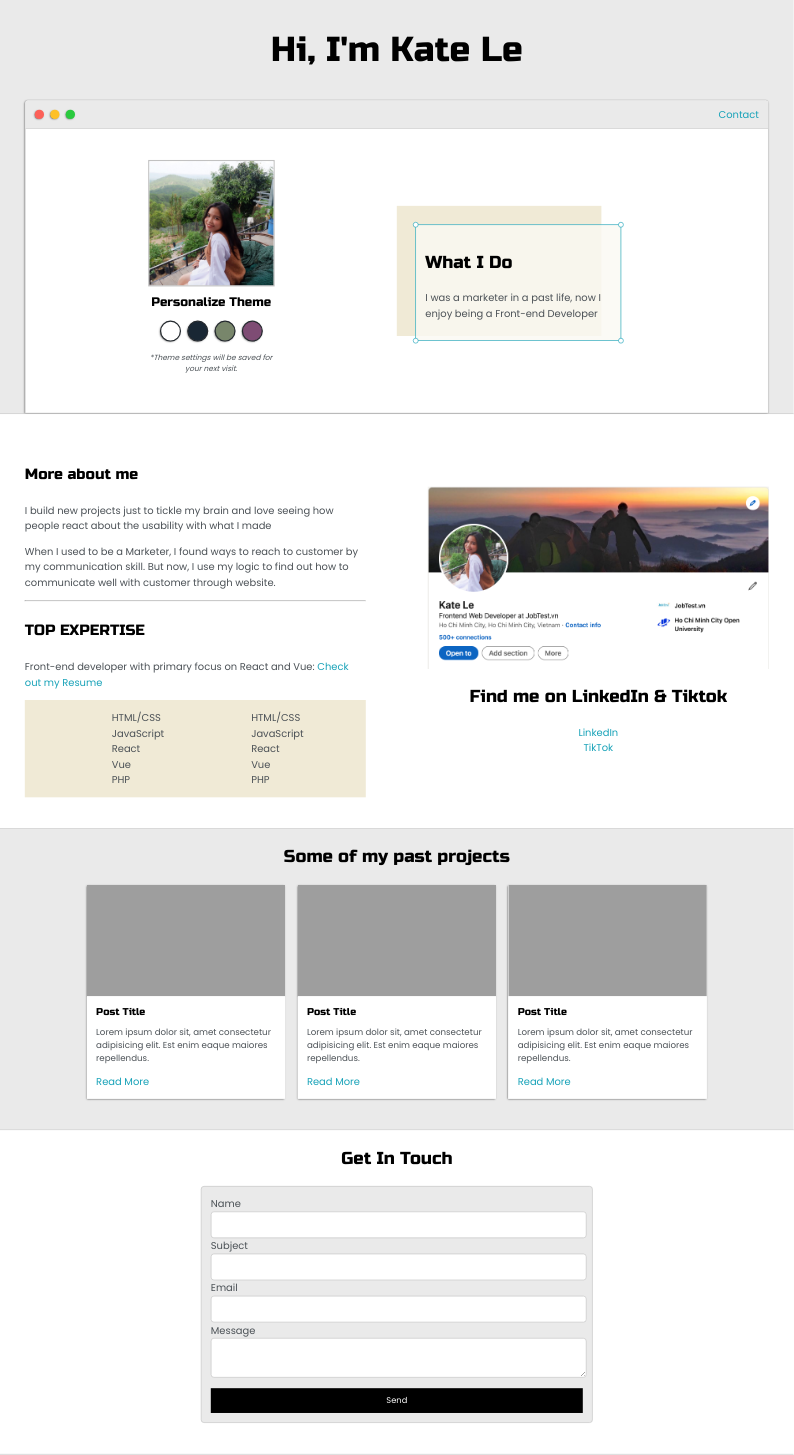
Repository: kate30980/my-persponal-website
Page: index.html
The author's editor kept a copy of each file at every save. The page is drawn from the files as they stood at one save, then again after the next save.
The browser window is 1280 px wide. The pictures show the whole page, at 62% of full size.
Pictures or frames that could not be fetched are drawn as grey boxes.

Above is the page before, as saved 2021-08-26 23:08:42.

### index.html
<!DOCTYPE html>
<html lang="en">

<head>
    <meta charset="UTF-8">
    <meta http-equiv="X-UA-Compatible" content="IE=edge">
    <meta name="viewport" content="width=device-width, initial-scale=1.0">
    <title>Kate Le</title>
    <link rel="preconnect" href="https://fonts.googleapis.com">
    <link rel="preconnect" href="https://fonts.gstatic.com" crossorigin>
    <link rel="preconnect" href="https://fonts.googleapis.com">
    <link rel="preconnect" href="https://fonts.gstatic.com" crossorigin>
    <link href="https://fonts.googleapis.com/css2?family=Poppins:wght@300;400;600;700&family=Russo+One&display=swap"
        rel="stylesheet">
    <link rel="stylesheet" href="main.css">
</head>

<body>

    <section class="s1">
        <div class="main-container">
            <div class="greeting-wrapper">
                <h1>Hi, I'm Kate Le</h1>
            </div>

            <div class="intro-wrapper">
                <div class="nav-wrapper">
                    <div class="dots-wrapper">
                        <div id="dot-1" class="browser-dot"></div>
                        <div id="dot-2" class="browser-dot"></div>
                        <div id="dot-3" class="browser-dot"></div>
                    </div>
                    <ul id="navigation">
                        <li>
                            <a href="#">Contact</a>
                        </li>
                    </ul>
                </div>
                <div class="left-column">
                    <img id="profile-pic" src="./images/IMG_2624.JPG" alt="img-kate">
                    <h5 style="text-align:center;line-height:0; margin: 25px">Personalize Theme</h5>

                    <div id="theme-options-wrapper">
                        <div id="light-mode" class="theme-dot"></div>
                        <div id="blue-mode" class="theme-dot"></div>
                        <div id="green-mode" class="theme-dot"></div>
                        <div id="purple-mode" class="theme-dot"></div>
                    </div>

                    <p id="settings-note">*Theme settings will be saved for <br> your next visit.</p>
                </div>
                <div class="right-column">

                    <div id="preview-shadow">
                        <div id="preview">
                            <div id="corner-tl" class="corner"></div>
                            <div id="corner-tr" class="corner"></div>
                            <h3>What I Do</h3>
                            <p>I was a marketer in a past life, now I enjoy being a Front-end Developer</p>
                            <div id="corner-br" class="corner"></div>
                            <div id="corner-bl" class="corner"></div>
                        </div>
                    </div>

                </div>
            </div>

        </div>
    </section>

    <section class="s2">
        <div class="main-container">

            <div class="about-wrapper">
                <div class="about-me">
                    <h4>More about me</h4>
                    <p>I build new projects just to tickle my brain and love seeing how people react about the usability
                        with what I made</p>
                    <p>When I used to be a Marketer, I found ways to reach to customer by my communication skill. But
                        now, I use my logic to find out how to communicate well with customer through website.</p>


                    <hr>

                    <h4>TOP EXPERTISE</h4>
                    <p>Front-end developer with primary focus on React and Vue: <a target="_blank"
                            href="CV-HAN-LE-FRONTEND-DEV.pdf">Check
                            out my Resume</a></p>

                    <div id="skills">
                        <ul>
                            <li>HTML/CSS</li>
                            <li>JavaScript</li>
                            <li>React</li>
                            <li>Vue</li>
                            <li>PHP</li>
                        </ul>
                        <ul>
                            <li>HTML/CSS</li>
                            <li>JavaScript</li>
                            <li>React</li>
                            <li>Vue</li>
                            <li>PHP</li>
                        </ul>
                    </div>

                </div>
                <div class="social-links">
                    <img id="social-img" src="./images/linkedIn-2021-08-26 at 22.24.05.png" alt="linkedIn">
                    <h3>Find me on LinkedIn & Tiktok</h3>
                    <a target="_blank" href="https://www.linkedin.com/in/kate-le-38099/">LinkedIn</a>
                    <a target="_blank" href="#">TikTok</a>
                </div>
            </div>

        </div>
    </section>

    <section class="s1">
        <div class="main-container">
            <h3 style="text-align:center">Some of my past projects</h3>
            <div class="post-wrapper">
                <div>
                    <div class="post">
                        <img class="thumbnail"
                            src="https://images.unsplash.com/photo-1555952494-efd681c7e3f9?ixid=MnwxMjA3fDB8MHxzZWFyY2h8ODN8fGFwcGxpY2F0aW9ufGVufDB8fDB8fA%3D%3D&ixlib=rb-1.2.1&auto=format&fit=crop&w=800&q=60"
                            alt="img-post">
                        <div class="post-preview">
                            <h6 class="post-title">Post Title</h6>
                            <p class="post-intro">Lorem ipsum dolor sit, amet consectetur adipisicing elit. Est enim
                                eaque
                                maiores repellendus.</p>
                            <a href="#">Read More</a>
                        </div>
                    </div>
                </div>

                <div>
                    <div class="post">
                        <img class="thumbnail"
                            src="https://images.unsplash.com/photo-1552238979-402eb7a9258c?ixid=MnwxMjA3fDB8MHxwaG90by1wYWdlfHx8fGVufDB8fHx8&ixlib=rb-1.2.1&auto=format&fit=crop&w=990&q=80"
                            alt="img-post">
                        <div class="post-preview">
                            <h6 class="post-title">Post Title</h6>
                            <p class="post-intro">Lorem ipsum dolor sit, amet consectetur adipisicing elit. Est enim
                                eaque
                                maiores repellendus.</p>
                            <a href="#">Read More</a>
                        </div>
                    </div>
                </div>

                <div>
                    <div class="post">
                        <img class="thumbnail"
                            src="https://images.unsplash.com/photo-1551650975-87deedd944c3?ixlib=rb-1.2.1&ixid=MnwxMjA3fDB8MHxzZWFyY2h8Mnx8YXBwbGljYXRpb258ZW58MHx8MHx8&auto=format&fit=crop&w=800&q=60"
                            alt="img-post">
                        <div class="post-preview">
                            <h6 class="post-title">Post Title</h6>
                            <p class="post-intro">Lorem ipsum dolor sit, amet consectetur adipisicing elit. Est enim
                                eaque
                                maiores repellendus.</p>
                            <a href="#">Read More</a>
                        </div>
                    </div>
                </div>
            </div>
        </div>
    </section>

    <section class="s2">
        <div class="main-container">
            <h3 style="text-align:center">Get In Touch</h3>

            <form id="contact-form">

                <label>Name</label>
                <input type="text" class="input-field" name="name">
                <label>Subject</label>
                <input type="text" class="input-field" name="subject">
                <label>Email</label>
                <input type="text" class="input-field" name="email">
                <label>Message</label>
                <textarea class="input-field" name="message"></textarea>

                <input id="submit-btn" type="submit" value="Send">
            </form>
        </div>
    </section>

</body>

</html>

### main.css
:root {
  --mainText: black;
  --secondaryText: #4b5156;

  --mainColor: #eaeaea;
  --secondaryColor: #fff;

  --borderColor: #c1c1c1;
  --themeDotBorder: #24292e;

  --previewBg: rgba(251, 249, 243, 0.8);
  --previewShadow: #f0ead6;

  --buttonColor: #000;
}

html,
body {
  padding: 0;
  margin: 0;
  font-family: "Poppins", sans-serif;
}
h1,
h2,
h3,
h4,
h5,
h6,
strong {
  color: var(--mainText);
  font-family: "Russo One", sans-serif;
  font-weight: 500;
}

p,
li,
span,
label,
input,
textarea,
select {
  color: var(--secondaryText);
  font-family: "Poppins", sans-serif;
}
ul {
  list-style: none;
}

a {
  text-decoration: none;
  color: #17a2b8;
}

h1 {
  font-size: 56px;
}
h2 {
  font-size: 36px;
}
h3 {
  font-size: 28px;
}
h4 {
  font-size: 24px;
}
h5 {
  font-size: 20px;
}
h6 {
  font-size: 16px;
}

.s1 {
  background-color: var(--mainColor);
  border-bottom: 1px solid var(--borderColor);
  overflow: auto;
}
.s2 {
  background-color: var(--secondaryColor);
  border-bottom: 1px solid var(--borderColor);
  overflow: auto;
}
.main-container {
  width: 1200px;
  margin: 0 auto;
}
.greeting-wrapper {
  display: grid;
  text-align: center;
  align-content: center;
  min-height: 10em;
}

.intro-wrapper {
  background-color: var(--secondaryColor);
  border: 1px solid var(--borderColor);
  border-radius: 5px 5px 0 0;

  -webkit-box-shadow: -1px 1px 3px -1px rgba(0, 0, 0, 0.75);
  -moz-box-shadow: -1px 1px 3px -1px rgba(0, 0, 0, 0.75);
  box-shadow: -1px 1px 3px -1px rgba(0, 0, 0, 0.75);

  display: grid;
  grid-template-columns: 1fr 1fr;
  grid-template-areas:
    "nav-wrapper nav-wrapper"
    "left-column right-column";
}

#navigation {
  margin: 0;
  padding: 10px;
}
#navigation li {
  display: inline-block;
  margin-right: 5px;
  margin-left: 5px;
}

.dots-wrapper {
  display: flex;
  padding: 10px;
}

#dot-1 {
  background-color: #fc6058;
}
#dot-2 {
  background-color: #fec027;
}
#dot-3 {
  background-color: #2aca3e;
}

.browser-dot {
  background-color: black;
  height: 15px;
  width: 15px;
  border-radius: 50%;
  margin: 5px;

  -webkit-box-shadow: -1px 1px 3px -1px rgba(0, 0, 0, 0.75);
  -moz-box-shadow: -1px 1px 3px -1px rgba(0, 0, 0, 0.75);
  box-shadow: -1px 1px 3px -1px rgba(0, 0, 0, 0.75);
}

.nav-wrapper {
  grid-area: nav-wrapper;
  border-bottom: 1px solid var(--borderColor);
  display: flex;
  justify-content: space-between;
  align-items: center;
  background-color: var(--mainColor);
  border-radius: 5px 5px 0 0;
}
.left-column {
  grid-area: left-column;
  padding-top: 50px;
  padding-bottom: 50px;
}
#profile-pic {
  display: block;
  margin: auto;
  height: 200px;
  width: 200px;
  object-fit: cover;
  border: 2px solid var(--borderColor);
}

#theme-options-wrapper {
  display: flex;
  justify-content: center;
}

.theme-dot {
  height: 30px;
  width: 30px;
  border-radius: 50%;
  background-color: black;

  margin: 5px;
  border: 2px solid var(--themeDotBorder);

  -webkit-box-shadow: -1px 1px 3px -1px rgba(0, 0, 0, 0.75);
  -moz-box-shadow: -1px 1px 3px -1px rgba(0, 0, 0, 0.75);
  box-shadow: -1px 1px 3px -1px rgba(0, 0, 0, 0.75);
  cursor: pointer;
}

.theme-dot:hover {
  border-width: 5px;
}
#light-mode {
  background-color: #fff;
}
#blue-mode {
  background-color: #192734;
}
#green-mode {
  background-color: #78866b;
}
#purple-mode {
  background-color: #7e4c74;
}
#settings-note {
  font-size: 12px;
  font-style: italic;
  text-align: center;
}

.right-column {
  grid-area: right-column;
  display: grid;
  align-content: center;

  padding-top: 50px;
  padding-bottom: 50px;
}

#preview-shadow {
  background-color: var(--previewShadow);
  width: 300px;
  height: 180px;
  padding-left: 30px;
  padding-top: 30px;
}

#preview {
  width: 300px;
  border: 1.5px solid #17a2b8;
  background-color: var(--previewBg);
  padding: 15px;
  position: relative;
}
.corner {
  width: 7px;
  border: 1.5px solid #17a2b8;
  height: 7px;
  border-radius: 50%;
  background-color: #fff;
  position: absolute;
}
#corner-tl {
  top: -5px;
  left: -5px;
}
#corner-tr {
  top: -5px;
  right: -5px;
}
#corner-br {
  bottom: -5px;
  right: -5px;
}
#corner-bl {
  bottom: -5px;
  left: -5px;
}

.about-wrapper {
  display: grid;
  padding-bottom: 50px;
  padding-top: 50px;
  grid-template-columns: repeat(auto-fit, minmax(320px, 1fr));
  /*Repeat this action right here which tells us auto fit as many colums as we can into this row, however many colums will fil in there  and add them in there and repeat it this way with min max say that the column should never be smaller than 320px, so once we get to the point where it starts crushing it, go ahead and start naturally stacking those item*/
  gap: 100px;
}

#skills {
  display: flex;
  justify-content: space-evenly;
  background-color: var(--previewShadow);
}
.social-links {
  display: grid;
  align-content: center;
  text-align: center;
}
#social-img {
  width: 100%;
}
.post-wrapper {
  display: grid;
  grid-template-columns: repeat(auto-fit, 320px);
  gap: 20px;
  justify-content: center;
  padding-bottom: 50px;
}
.post {
  border: 1ox solid (var(--borderColor));
  -webkit-box-shadow: -1px 1px 3px -1px rgba(0, 0, 0, 0.75);
  -moz-box-shadow: -1px 1px 3px -1px rgba(0, 0, 0, 0.75);
  box-shadow: -1px 1px 3px -1px rgba(0, 0, 0, 0.75);
}
.thumbnail {
  width: 100%;
  height: 180px;
  display: block;
  object-fit: cover;
}
.post-preview {
  background-color: #fff;
  padding: 15px;
}
.post-title {
  color: black;
  margin: 0;
}
.post-intro {
  color: #4b5156;
  font-size: 14px;
}
#contact-form {
  display: block;
  max-width: 600px;
  margin: 0 auto;
  border: 1px solid var(--borderColor);
  padding: 15px;
  border-radius: 5px;
  background-color: var(--mainColor);
  margin-bottom: 50px;
}
.input-field {
  width: 100%;
  padding-top: 10px;
  padding-bottom: 10px;
  background-color: var(--secondaryColor);
  border-radius: 5px;
  border: 1px solid var(--borderColor);
  font-size: 14px;
}
#submit-btn {
  margin-top: 10px;
  width: 100%;
  padding-top: 10px;
  padding-bottom: 10px;
  color: #fff;
  background-color: var(--buttonColor);
  border: none;
}
@media screen and (max-width: 1200px) {
  .main-container {
    width: 95%;
  }
}
@media screen and (max-width: 800px) {
  .intro-wrapper {
    grid-template-columns: 1fr;
    grid-template-areas:
      "nav-wrapper"
      "left-column"
      "right-column";
  }
  .right-column {
    justify-content: center;
  }
}

After the next save:
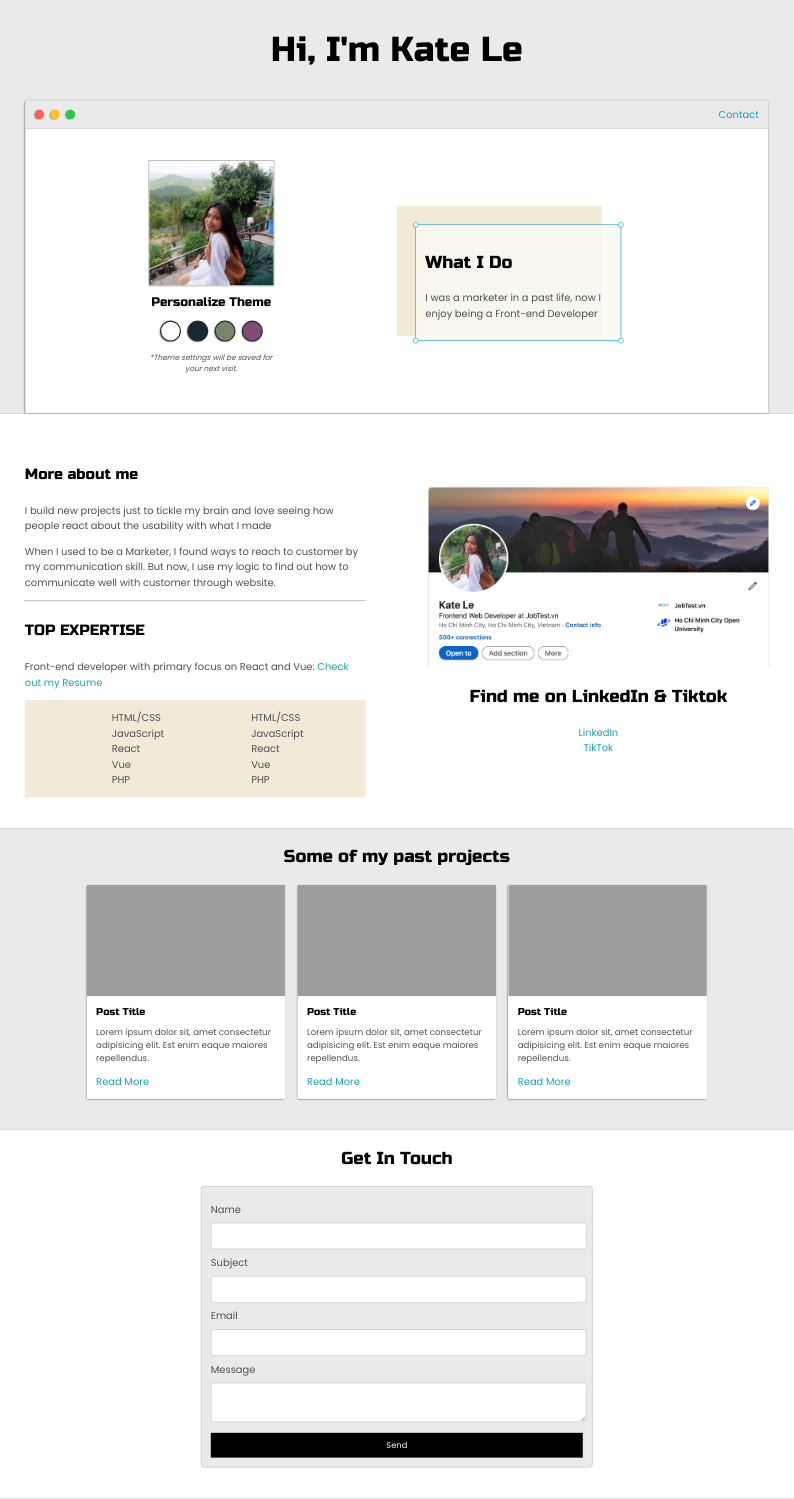
Saved 54 s later.
--- a/main.css
+++ b/main.css
@@ -319,6 +319,9 @@
   border-radius: 5px;
   background-color: var(--mainColor);
   margin-bottom: 50px;
+}
+#contact-form label {
+  line-height: 2.7em;
 }
 .input-field {
   width: 100%;
